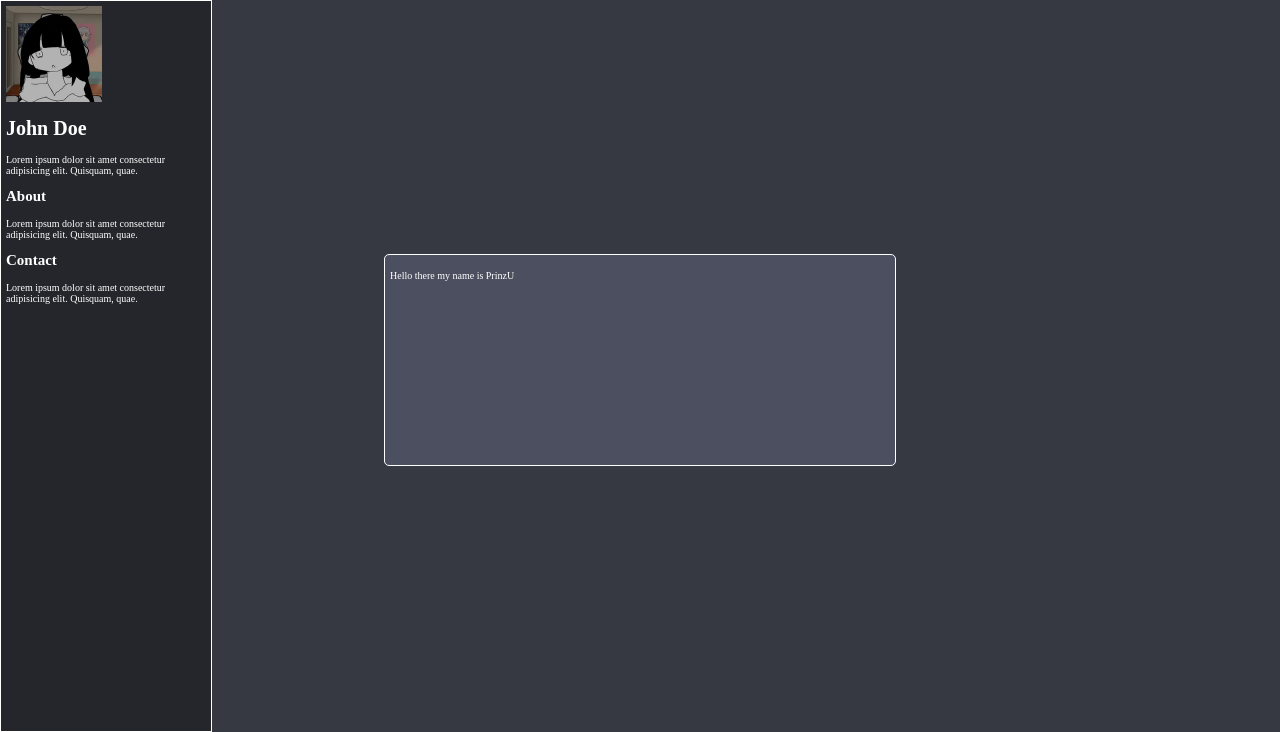
Repository: PrinzAI/PrinzAI.github.io
Page: index.html
The author's editor kept a copy of each file at every save. The page is drawn from the files as they stood at one save, then again after the next save.
The browser window is 1280 px wide. The pictures show the whole page.
Some web fonts or font styles are not loaded; a fallback is used.

Above is the page before, as saved 2022-10-19 11:17:31.

After the next save:
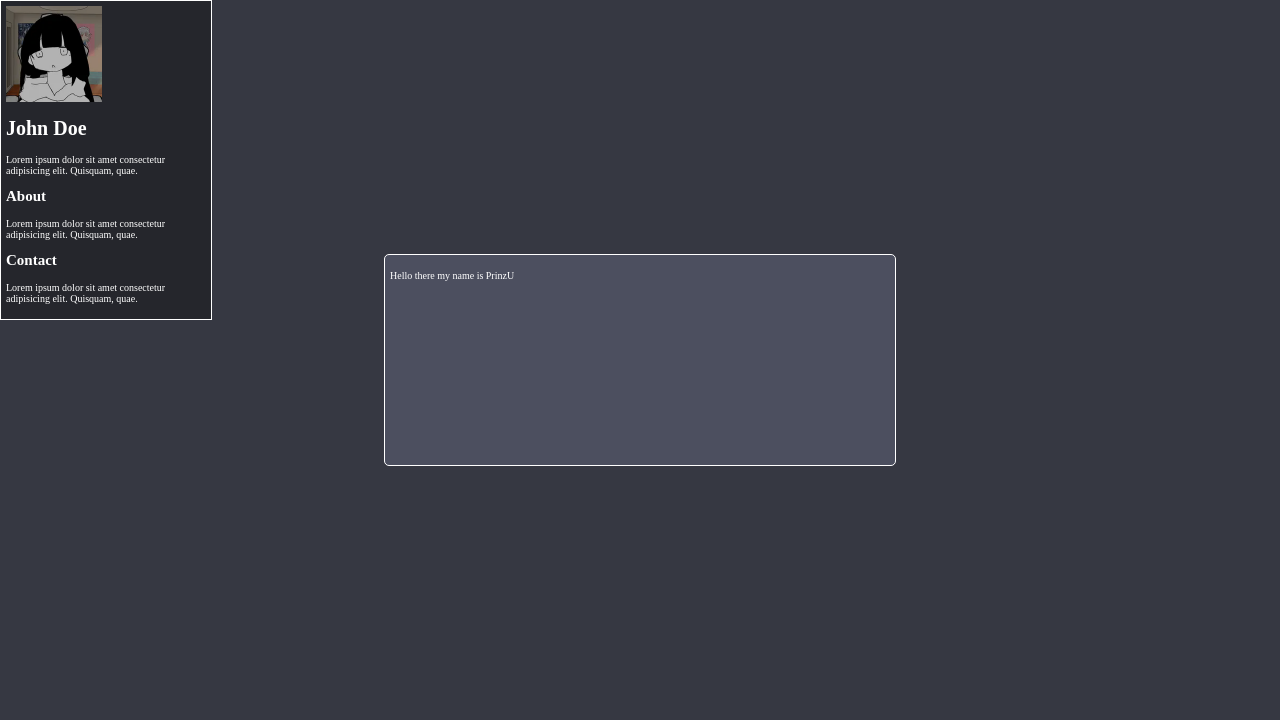
Saved 6 min 24 s later.
--- a/css/index.css
+++ b/css/index.css
@@ -13,7 +13,7 @@
     top: 0;
     left: 0;
     width: 200px;
-    height: 100%;
+    height: 100% - 1px;
     font-size: 10px;
     padding: 5px;
     border: 1px solid white;
